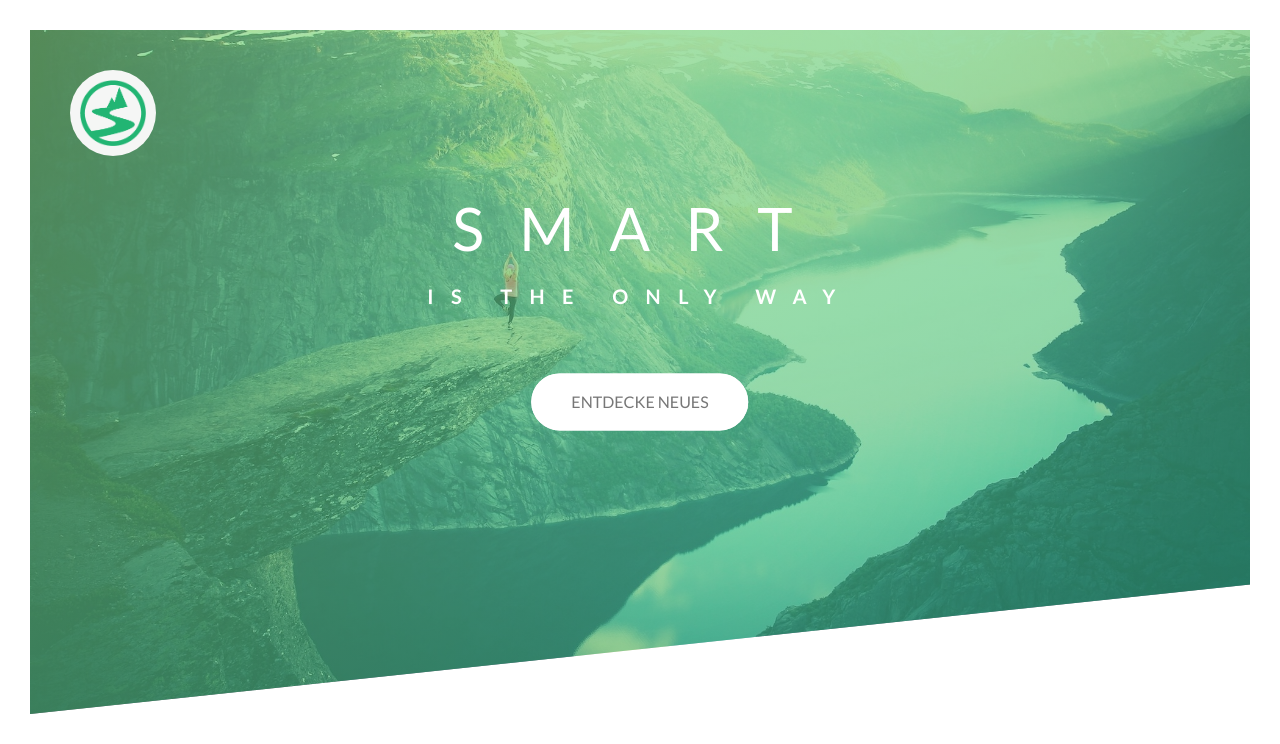
Repository: mukiSabljakovic/NatoursV1
Page: index.html
An editor plug-in stored every save of this project. The page is shown before and after a run of saves, followed by the edit.
The browser window is 1280 px wide. The pictures show the whole page.
Some web libraries are served in a nearby version.

Above is the page before, as saved 2020-05-11 16:38:05.

### index.html
<!DOCTYPE html>
<html lang="en">
    <head>
        <meta charset="UTF-8">
        <meta name="viewport" content="width=device-width, initial-scale=1.0">

        <link href="https://fonts.googleapis.com/css?family=Lato:100,300,400,700,900" rel="stylesheet">

        <link rel="stylesheet" href="https://use.fontawesome.com/releases/v5.13.0/css/all.css" integrity="sha384-Bfad6CLCknfcloXFOyFnlgtENryhrpZCe29RTifKEixXQZ38WheV+i/6YWSzkz3V" crossorigin="anonymous">
        <link rel="stylesheet" href="style.css">
        <link rel="stylesheet" href="css/style.css">
        <link rel="shortcut icon" type="image/png" href="img/favicon.png">

        <title>Natours | Exciting tours for adventurous people</title>
    </head>
    <body>
       <header class="header">
           <div class="logo-box">
               <img class="logo" src="img/logo.png" alt="Natours Logo">
           </div>

           <div class="text-box">
               <h1 class="heading-primary">
                   <span class="heading-primary-main">Smart</span>
                   <span class="heading-primary-sub">is the only way</span>
               </h1>
               <a href="#" class="btn btn-white btn-animated">Entdecke neues</a>
           </div>

       </header>

    </body>
</html>

### css/style.css
@import url('https://fonts.googleapis.com/css2?family=Lato:wght@300;400;900&display=swap');

/*
COLORS:

Light green: #7ed56f
Medium green: #55c57a
Dark green: #28b485

*/

/* Basic Reset */


* {
    margin: 0;
    padding: 0;
    box-sizing: border-box;
}

body {
    font-family: 'Lato', sans-serif;
    font-weight: 400;
    font-size: 16px;
    line-height: 1.7;
    color: #777;
    padding: 1.875rem;
}

.header {
    height: 95vh;
    background-image: linear-gradient(
        to right bottom,
        rgba(126, 213, 111, .6),
        rgba(40, 180, 133, .6)),
        url(../img/hero.jpg);
    background-size: cover;
    background-position: top;

    clip-path: polygon(0 0, 100% 0, 100% 77vh, 0 100%);
    position: relative;
}

.logo-box {
    position: absolute;
    top: 40px;
    left: 40px;
    background: rgb(245, 246, 245);
    border-radius: 100%;
    display: flex;
    padding: 10px;
}

.logo {
    height: 66px;
}

.text-box {
    position: absolute;
    top: 40%;
    left: 50%;
    transform: translate(-50%, -50%);
    text-align: center;
}

.heading-primary {
    color: #fff;
    text-transform: uppercase;

    /* Fix animation shaking */
    backface-visibility: hidden;
    margin-bottom: 60px;
}

.heading-primary-main {
    display: block;
    font-size: 3.75rem;
    font-weight: 400;
    letter-spacing: 2.1875rem;

    animation-name: moveInLeft;
    animation-duration: 1s;
    animation-timing-function: ease-out;
}

.heading-primary-sub {
    display: block;
    font-size: 1.25rem;
    font-weight: 700;
    letter-spacing: 1.0875rem;

    animation: moveInRight 1s ease-out;
}

@keyframes moveInLeft {
    0% {
        opacity: 0;
        transform: translateX(-100%);
    }

    80% {
        transform: translateX(10px);
    }

    100% {
        opacity: 1;
        trannsform: translate(0);
    }
}

@keyframes moveInRight {
    0% {
        opacity: 0;
        transform: translateX(100%);
    }

    80% {
        transform: translateX(-10px);
    }

    100% {
        opacity: 1;
        transform: translate(0);
    }
}

@keyframes moveInBottom {
    0% {
        opacity: 0;
        transform: translateY(-30px);
    }

    100% {
        opacity: 1;
        transform: translate(0);
    }
}

.btn:link,
.btn:visited {
    text-transform: uppercase;
    text-decoration: none;
    padding: 15px 40px;
    display: inline-block;
    border-radius: 100px;
    transition: all .2s;
}

.btn:hover {
    transform: translateY(-3px);
    box-shadow: 0 10px 20px rgba(0, 0, 0, .2);
}

.btn:active {
    transform: translateY(-1px);
    box-shadow: 0 10px 10px rgba(0, 0, 0, .2);
}

.btn-white {
    background-color: #fff;
    color: #777;
    position: relative;
}

.btn::after {
    content: "";
    display: inline-block;
    height: 100%;
    width: 100%;
    border-radius: 100px;
    position: absolute;
    top: 0;
    left: 0;
    z-index: -1;
    transition: all .2s;
}

.btn-white::after {
    background-color: #fff;
}

.btn:hover::after {
    transform: scaleX(1.4) scaleY(1.6);
    opacity: 0;
}

.btn-animated {
    animation: moveInBottom .5s ease-out .75s;
    animation-fill-mode: backwards;
}

After the next 3 saves:
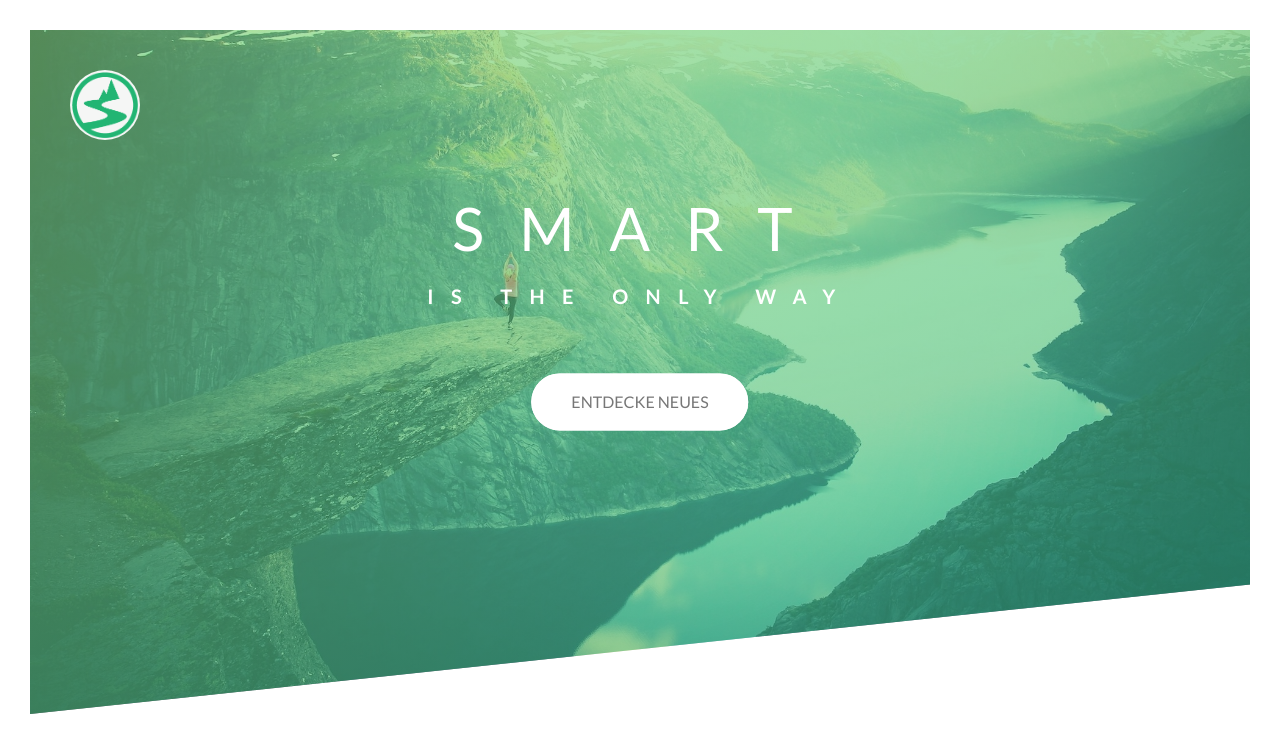
The 3 saves are shown as one change because they came seconds apart.
The last was saved 9 s later.
--- a/css/style.css
+++ b/css/style.css
@@ -48,7 +48,7 @@ body {
     background: rgb(245, 246, 245);
     border-radius: 100%;
     display: flex;
-    padding: 10px;
+    padding: 2px;
 }
 
 .logo {
